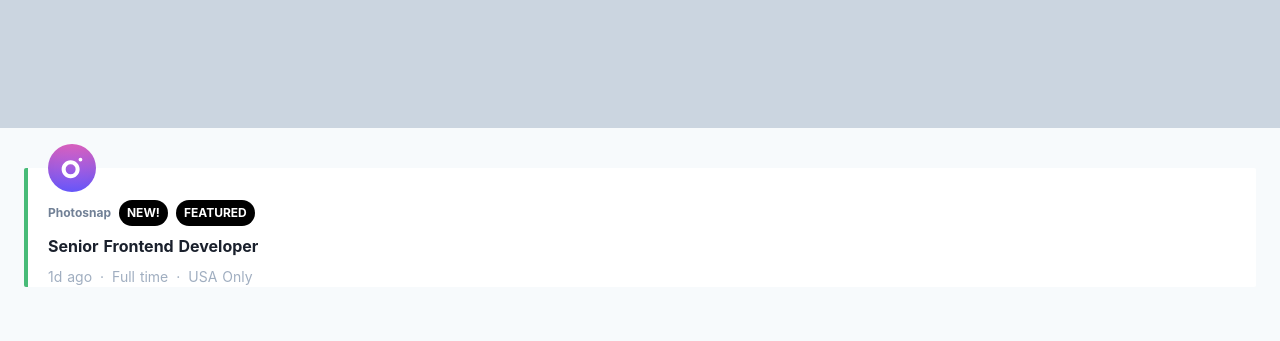
Repository: asongdon/frontendmentor-joblisting
Page: /
These files come from the project's save history. The page is drawn as it stood at one moment and after the next save; the edit follows.
The browser window is 1280 px wide. The pictures show the whole page.
The project was rebuilt for these pictures with package versions that can differ from the ones it lists, and the page was loaded fresh each time. The framework's server and built-in components were replaced by stand-ins that run in the browser. Also part of the build but not shown: nuxt.config.js.

Above is the page before, as saved 2020-04-12 18:56:05.

### layouts/default.vue
<template>
  <div class="h-screen">
    <Header/>
    <nuxt />
  </div>
</template>

<script>
import Header from '@/components/Header.vue'

export default {
  components: {
    Header
  },
}
</script>

<style>
html {
  font-family: 'Inter', -apple-system, BlinkMacSystemFont, 'Segoe UI',
    Roboto, 'Helvetica Neue', Arial, sans-serif;
  font-size: 16px;
  word-spacing: 1px;
  -ms-text-size-adjust: 100%;
  -webkit-text-size-adjust: 100%;
  -moz-osx-font-smoothing: grayscale;
  -webkit-font-smoothing: antialiased;
  box-sizing: border-box;
  @apply bg-gray-100;
}

*,
*:before,
*:after {
  box-sizing: border-box;
  margin: 0;
}

.button--green {
  display: inline-block;
  border-radius: 4px;
  border: 1px solid #3b8070;
  color: #3b8070;
  text-decoration: none;
  padding: 10px 30px;
}

.button--green:hover {
  color: #fff;
  background-color: #3b8070;
}

.button--grey {
  display: inline-block;
  border-radius: 4px;
  border: 1px solid #35495e;
  color: #35495e;
  text-decoration: none;
  padding: 10px 30px;
  margin-left: 15px;
}

.button--grey:hover {
  color: #fff;
  background-color: #35495e;
}
</style>

### pages/index.vue
<template>
  <div class="container py-10 px-6">
    <Maincard/>
  </div>
</template>

<script>
import Maincard from '@/components/Maincard'
export default {
  components: {
    Maincard
  }
}
</script>

<style>
/* Sample `apply` at-rules with Tailwind CSS
.container {
  @apply min-h-screen flex justify-center items-center text-center mx-auto;
}
*/

</style>

### components/Header.vue
<template>
  <div class="w-full h-32 bg-gray-400"></div>
</template>

<script>
export default {}
</script>

<style></style>

### components/Maincard.vue
<template>
    <div class="flex flex-col flex-no-wrap rounded-sm px-5 border-l-4 border-green-500 bg-white">

    <div class="-mt-6 mb-2">
      <img class="w-12" src="~/assets/logos/faceit.svg" alt="" />
    </div>

    <div class="flex items-center">
      <div class="text-xs font-bold text-gray-600">Photosnap</div>
      <div class="flex text-xs font-bold">
        <div class="bg-black text-white rounded-full px-2 py-1 uppercase ml-2">
          New!
        </div>
        <div class="bg-black text-white rounded-full px-2 py-1 uppercase ml-2">
          Featured
        </div>
      </div>
    </div>

    <div class="mt-2 font-bold text-gray-900">
      Senior Frontend Developer
    </div>

    <div class="flex text-sm mt-2 text-gray-500">
      <div class="mr-2">1d ago</div>
      <div class="mr-2">·</div>
      <div class="mr-2">Full time</div>
      <div class="mr-2">·</div>
      <div>USA Only</div>
    </div>

  </div>
</template>

<script>
export default {}
</script>

<style></style>

Loaded but not shown: assets/css/tailwind.css (common file); tailwind.config.js (common file); store/filter.js (no copy from this time; the picture is the same without it); store/index.js (no copy from this time; the picture is the same without it)

After the next save:
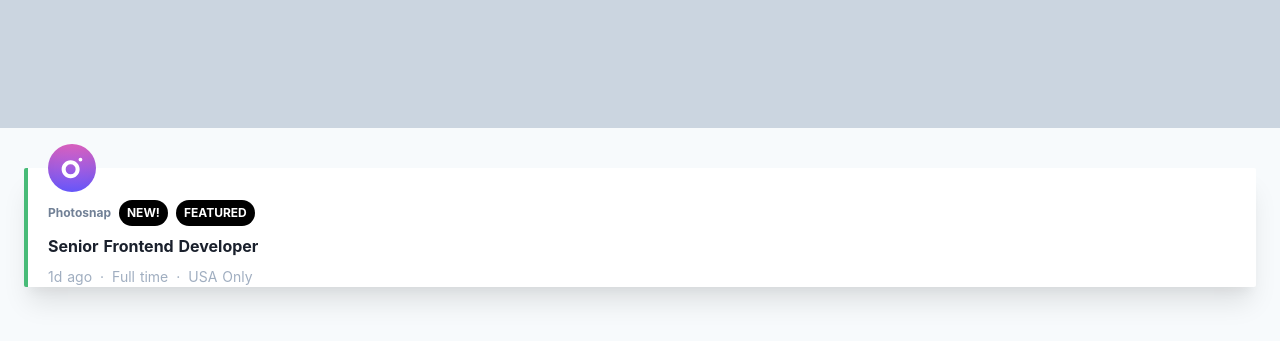
Saved 22 s later.
--- a/components/Maincard.vue
+++ b/components/Maincard.vue
@@ -1,5 +1,5 @@
 <template>
-    <div class="flex flex-col flex-no-wrap rounded-sm px-5 border-l-4 border-green-500 bg-white">
+    <div class="flex flex-col flex-no-wrap rounded-sm px-5 border-l-4 border-green-500 bg-white shadow-xl">
 
     <div class="-mt-6 mb-2">
       <img class="w-12" src="~/assets/logos/faceit.svg" alt="" />
